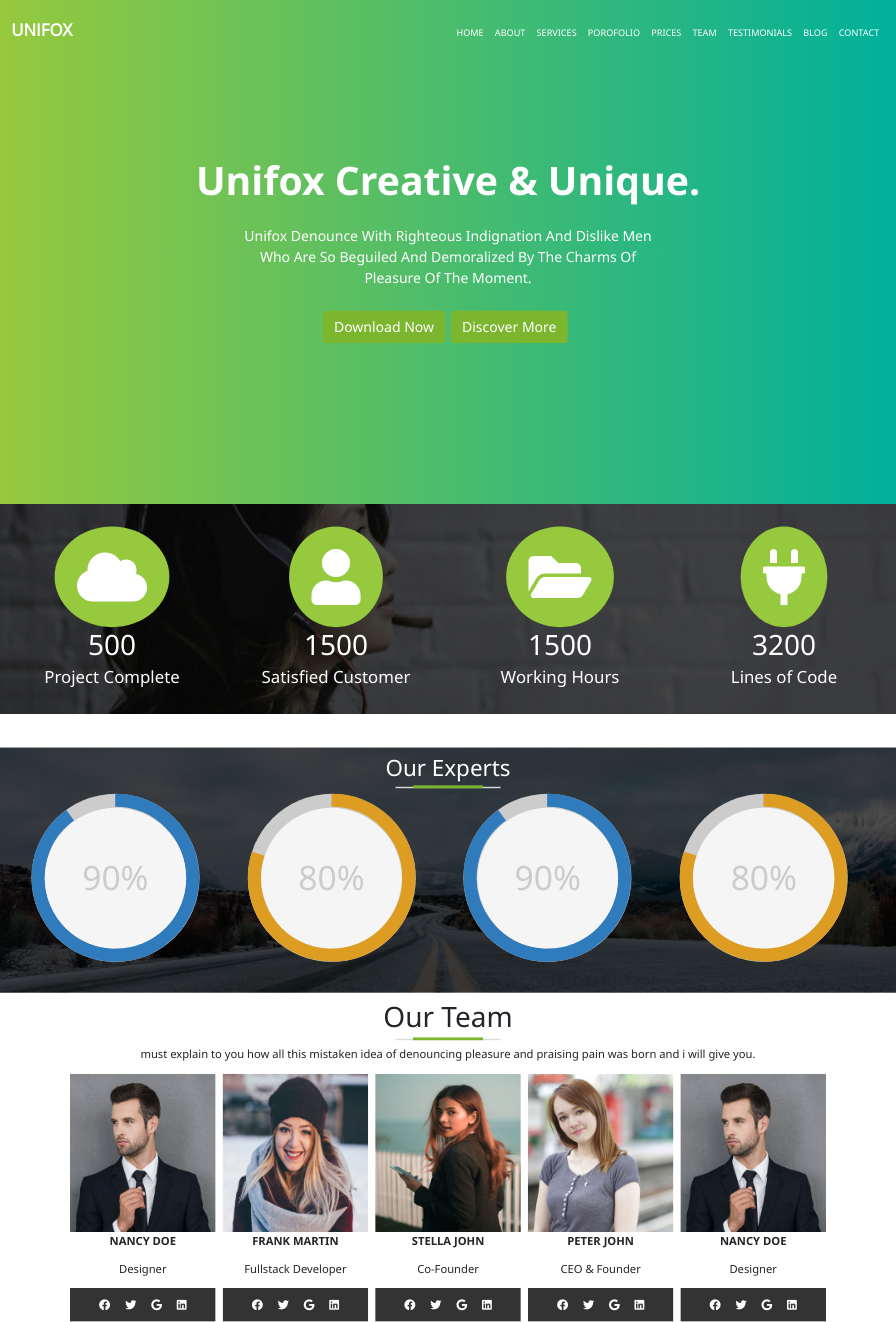
Repository: ibrkhalil/Uniforce-First-Attempt
Page: index.html
The author's editor kept a copy of each file at every save. The page is drawn from the files as they stood at one save, then again after the next save.
The browser window is 1280 px wide. The pictures show the whole page, at 70% of full size.
Backgrounds fixed to the window are drawn as part of the page.

Above is the page before, as saved 2021-01-24 02:15:49.

After the next save:
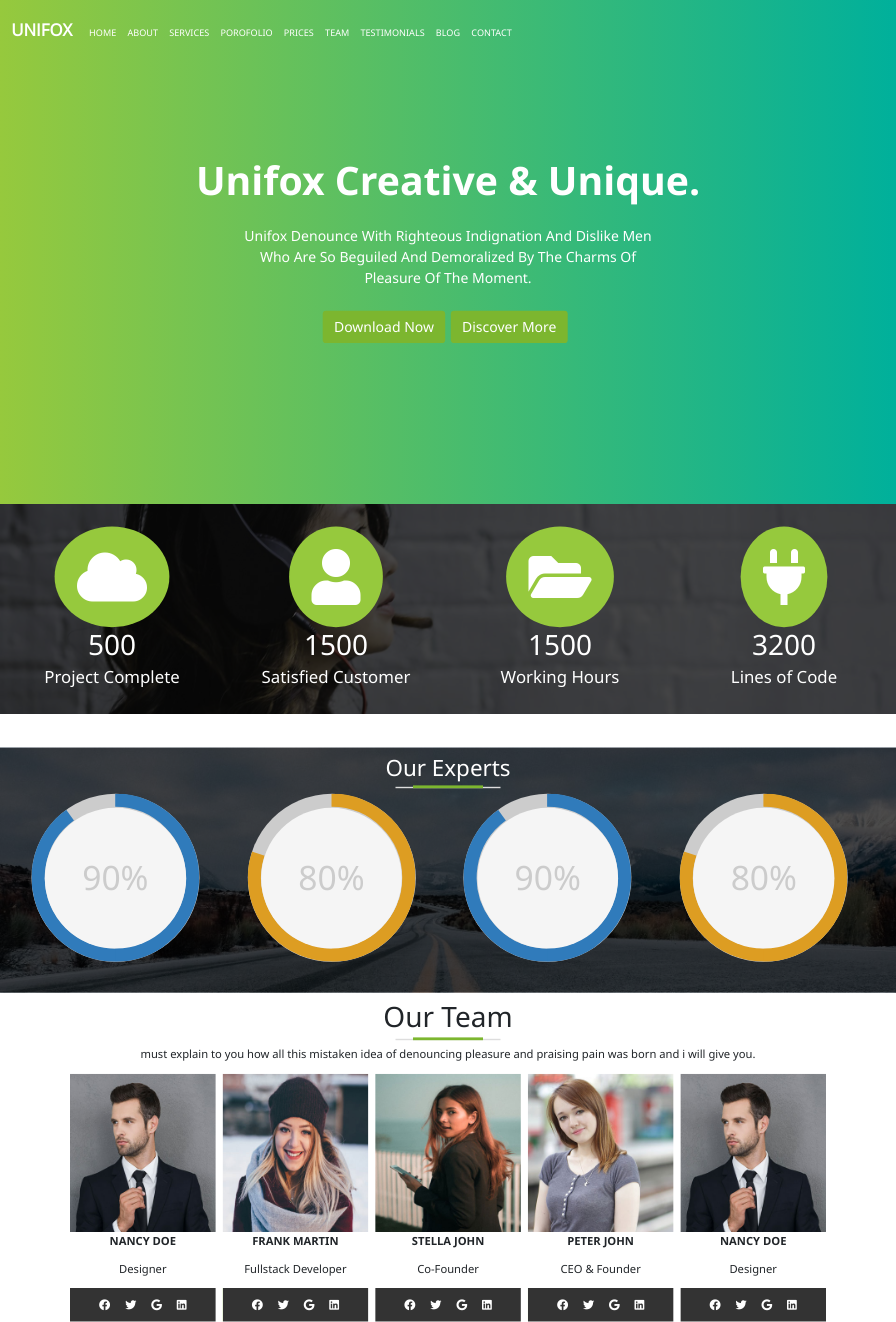
Saved 6 s later.
--- a/index.html
+++ b/index.html
@@ -28,20 +28,20 @@
         class="navbar navbar-expand-lg justify-content-between sticky-top navbar-fixed-top"
       >
         <!-- <div class="container"> -->
-            <a class="navbar-brand" href="#"><h3 class="unifox">UNIFOX</h3></a>
-            <button
-              class="navbar-toggler"
-              type="button"
-              data-toggle="collapse"
-              data-target="#navbarSupportedContent"
-              aria-controls="navbarSupportedContent"
-              aria-expanded="false"
-              aria-label="Toggle navigation"
-            >
-              <span class="fa fa-bars fa-3x"></span>
-            </button>
-        <div class="">
-          <div class="nav-items">
+            <div class="">
+                <div class="nav-items">
+              <a class="navbar-brand" href="#"><h3 class="unifox">UNIFOX</h3></a>
+              <button
+                class="navbar-toggler"
+                type="button"
+                data-toggle="collapse"
+                data-target="#navbarSupportedContent"
+                aria-controls="navbarSupportedContent"
+                aria-expanded="false"
+                aria-label="Toggle navigation"
+              >
+                <span class="fa fa-bars fa-3x"></span>
+              </button>
 
 
             <div class="collapse navbar-collapse" id="navbarSupportedContent">

After the save that followed:
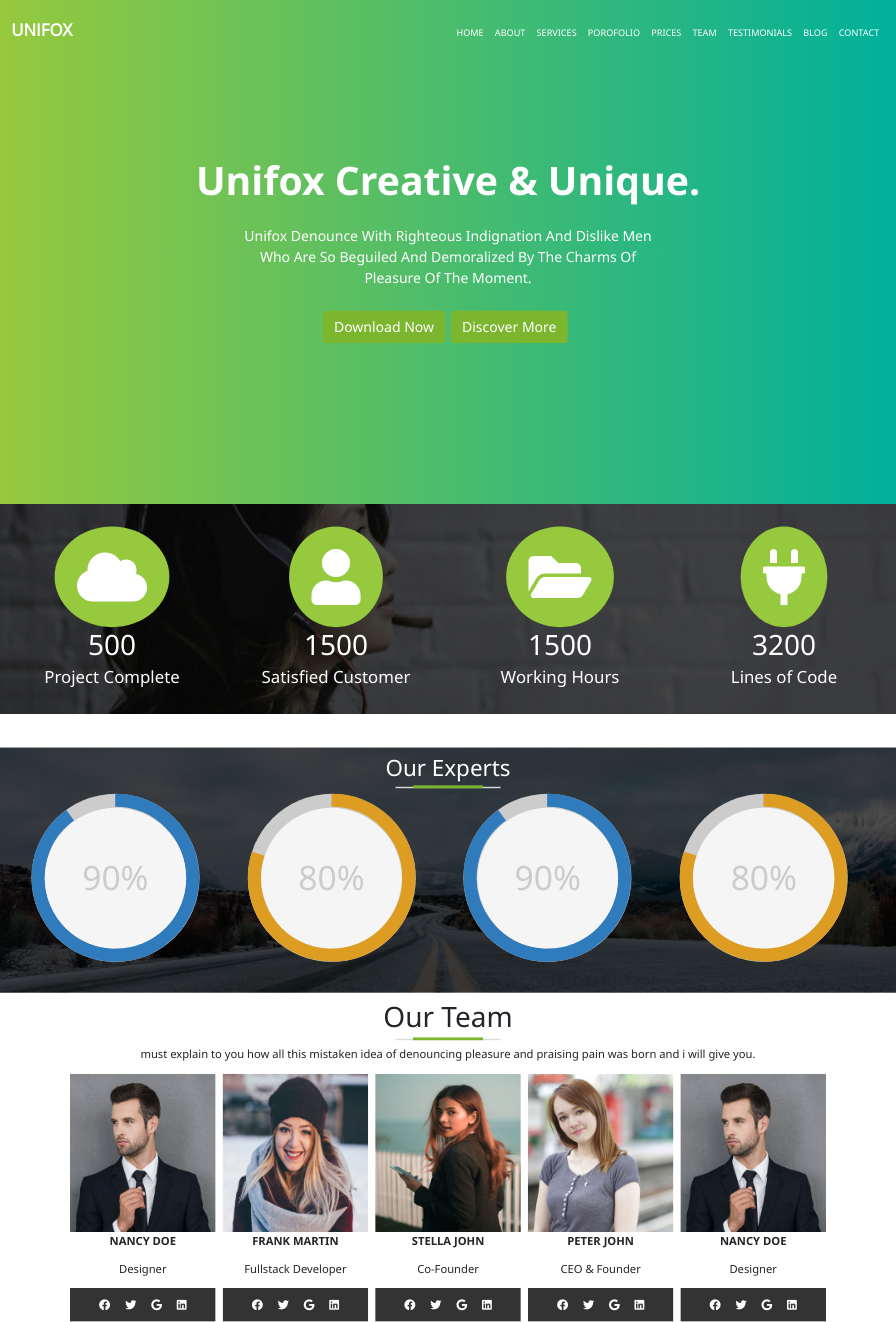
Saved 13 s later.
--- a/index.html
+++ b/index.html
@@ -28,20 +28,20 @@
         class="navbar navbar-expand-lg justify-content-between sticky-top navbar-fixed-top"
       >
         <!-- <div class="container"> -->
-            <div class="">
-                <div class="nav-items">
-              <a class="navbar-brand" href="#"><h3 class="unifox">UNIFOX</h3></a>
-              <button
-                class="navbar-toggler"
-                type="button"
-                data-toggle="collapse"
-                data-target="#navbarSupportedContent"
-                aria-controls="navbarSupportedContent"
-                aria-expanded="false"
-                aria-label="Toggle navigation"
-              >
-                <span class="fa fa-bars fa-3x"></span>
-              </button>
+            <a class="navbar-brand" href="#"><h3 class="unifox">UNIFOX</h3></a>
+            <button
+              class="navbar-toggler"
+              type="button"
+              data-toggle="collapse"
+              data-target="#navbarSupportedContent"
+              aria-controls="navbarSupportedContent"
+              aria-expanded="false"
+              aria-label="Toggle navigation"
+            >
+              <span class="fa fa-bars fa-3x"></span>
+            </button>
+        <div class="">
+          <div class="nav-items">
 
 
             <div class="collapse navbar-collapse" id="navbarSupportedContent">
